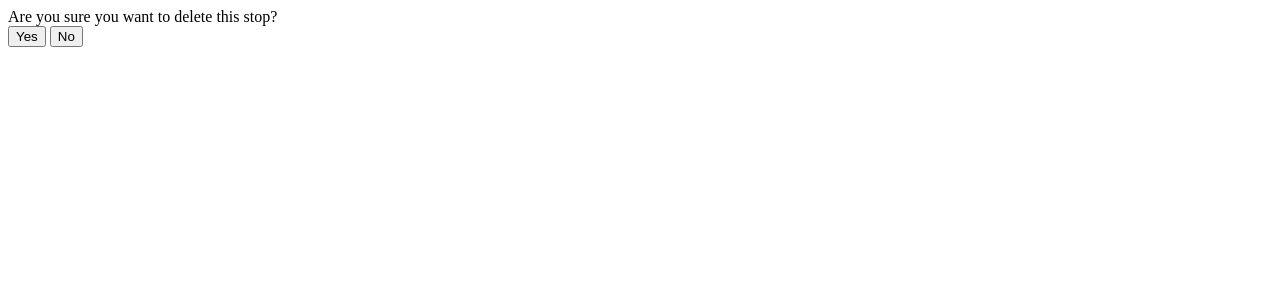
Repository: pruddiman062/ng-ShuttleApp
Page: src/app/manage/deletemodal.tpl.html
The author's editor kept a record of every edit. The page is drawn from the files as they stood at one moment, then again after the next edit.
The browser window is 1280 px wide. The pictures show the whole page.

Above is the page before.

### src/app/manage/deletemodal.tpl.html
<div class="row">
    <div class="col-md">Are you sure you want to delete this stop?</div>
    <div class="col-md-2 col-md-offset-5"><button class="btn btn-sm btn-primary" ng-click="yes()">Yes</button> <button class="btn btn-sm btn-primary" ng-click="no()">No</button></div>
</div>

After the next edit:
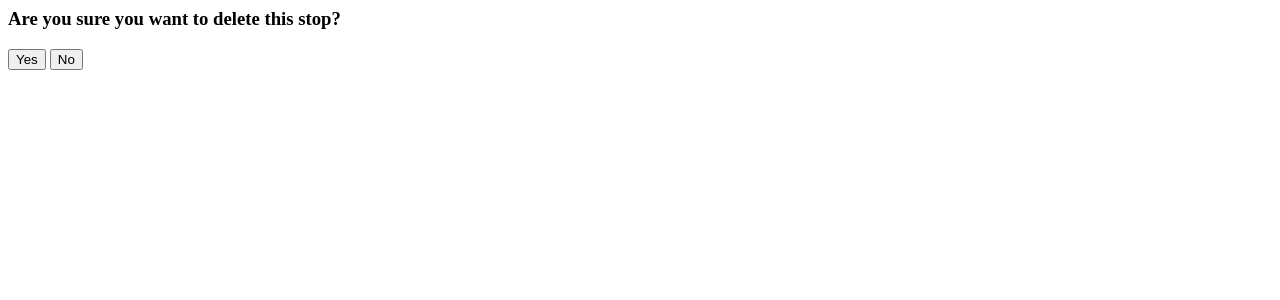
The edit:
--- a/src/app/manage/deletemodal.tpl.html
+++ b/src/app/manage/deletemodal.tpl.html
@@ -1,4 +1,4 @@
-<div class="row">
-    <div class="col-md">Are you sure you want to delete this stop?</div>
-    <div class="col-md-2 col-md-offset-5"><button class="btn btn-sm btn-primary" ng-click="yes()">Yes</button> <button class="btn btn-sm btn-primary" ng-click="no()">No</button></div>
+<div class="row padding-modal">
+    <div class="col-md-12 text-center"><h3>Are you sure you want to delete this stop?</h3></div>
+    <div class="col-md-12 text-center"><button class="btn btn-md btn-primary" ng-click="yes()">Yes</button> <button class="btn btn-md btn-primary" ng-click="no()">No</button></div>
 </div>
